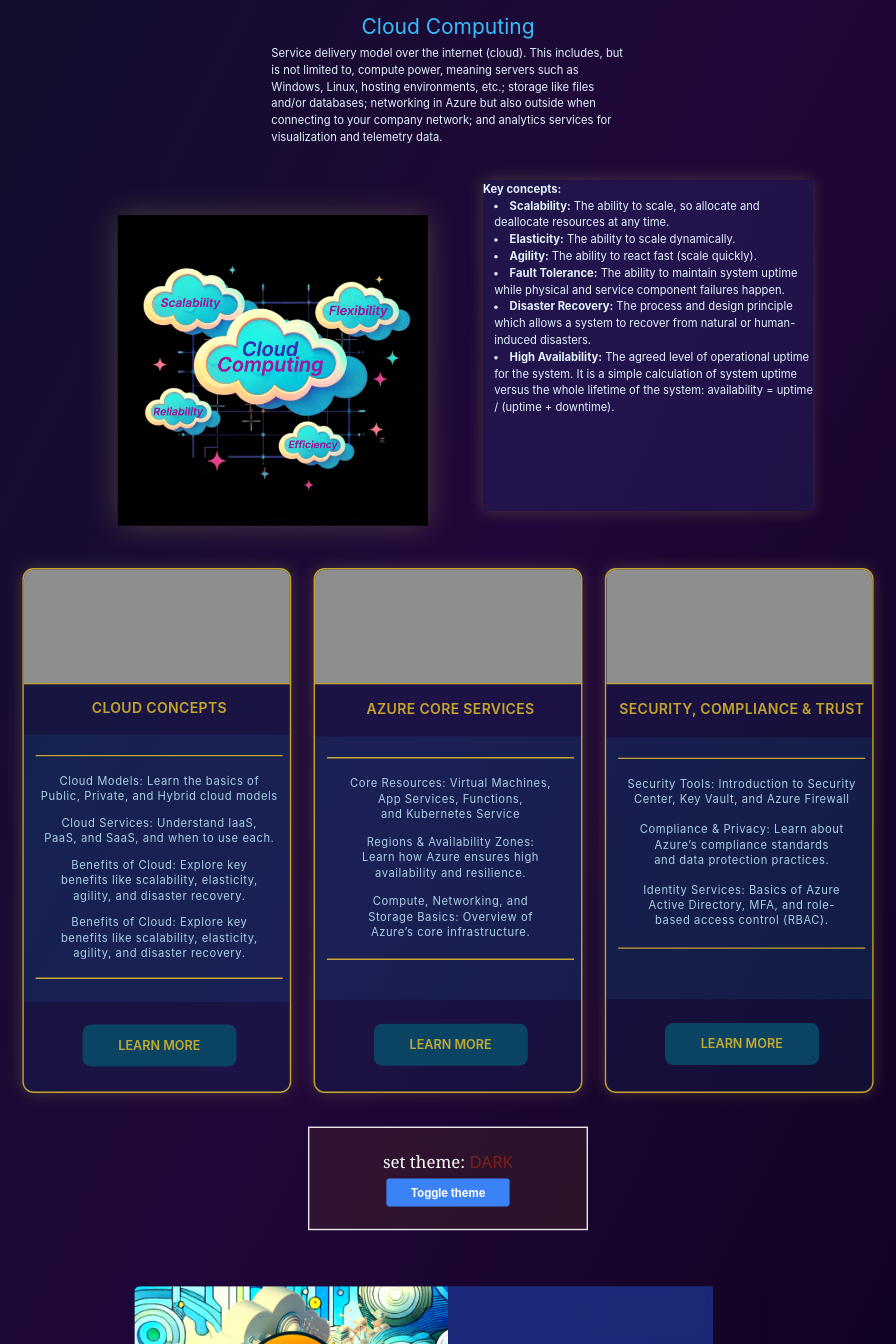
Repository: Freezler/az-900_svelte5
Page: /
These files come from the project's save history. The page is drawn as it stood at one moment and after the next save; the edit follows.
The browser window is 1280 px wide. The pictures show the part of the page from y = 348 to 2268 px (the page is 2638 px tall before and 2706 px after), at 70% of full size.
Pictures or frames that could not be fetched are drawn as grey boxes. The project was rebuilt for these pictures with package versions that can differ from the ones it lists, and the page was loaded fresh each time. The framework's server and built-in components were replaced by stand-ins that run in the browser. Also part of the build but not shown: vite.config.ts.

Above is the page before, as saved 2024-11-10 10:45:05.

### src/app.html
<!doctype html>
<html lang="en">
	<head>
		<meta charset="utf-8" />
		<link rel="icon" href="%sveltekit.assets%/favicon.png" />
		<meta name="viewport" content="width=device-width, initial-scale=1" />
		%sveltekit.head%
	</head>
	<body data-sveltekit-preload-data="hover" >
		<div style="display: contents">%sveltekit.body%</div>
	</body>
</html>

### src/routes/+layout.svelte
<script lang="ts">
	import '../app.css';
	let { children } = $props();

</script>

<div class="bg-gradient-to-br from-[#0d0c28fc] via-[#1b0135f9] to-[#10021e] bg-cover bg-center bg-no-repeat ">{@render children()}</div>

### src/routes/+page.svelte
<script lang="ts">
	import ComputingArticle from '../components/ComputingArticle.svelte';

	import Toggle from '../components/Toggle.svelte';
	import Header from '../components/Header.svelte';
	import Popover from '../components/Menu.svelte';
	import Cards from '../components/Cards.svelte';
	import Login from '../components/Login.svelte';
</script>

<header class="">
	<Popover />
	<Header />
</header>
<main>
	<section>
		<ComputingArticle />
		<Cards />
	</section>
	<aside><Toggle /></aside>
	<footer><Login /></footer>
</main>

### src/app.css
@tailwind base;
@tailwind components;
@tailwind utilities;

:root {
  --text-color  : rgba(244, 205, 48, 0.888);
  --bg-color    : hsla(217, 87%, 3%, 0.298);
  --bg-color2   : hsla(299, 91%, 31%, 0.974);
  --bg-gradient : 135deg, rgba(237, 249, 10, .7) 0%, rgba(216, 204, 37, 0.7) 35%, rgba(0, 212, 255, 0.7) 100%;
  --bg-gradient2: 90deg, rgba(216, 204, 37, 0.5) 0%, rgba(0, 212, 255, 0.5) 70%;
}

* {
  margin     : 0;
  padding    : 0;
  box-sizing : border-box;
  user-select: none;
  /* outline : 1px dotted red; */
}

body {
  font-family: 'Inter', sans-serif;


}

### src/components/ComputingArticle.svelte
<div class="grid items-center justify-center gap-2 place-self-center text-sky-100 max-w-[50ch]  pt-12">
	<h2 class="text-3xl text-center text-sky-400">Cloud Computing</h2>
	<p>
		Service delivery model over the internet (cloud). This includes, but is not limited to, compute
		power, meaning servers such as Windows, Linux, hosting environments, etc.; storage like files
		and/or databases; networking in Azure but also outside when connecting to your company network;
		and analytics services for visualization and telemetry data.
	</p>
</div>

<section class="grid items-center grid-cols-1 lg:grid-cols-2 justify-center place-items-center place-self-center place-content-center gap-0	z-10 text-start">
	<img
		src="../public/images/cloud.png"
		alt="cloudSolutions"
		loading="lazy"

		class=" text-sky-100 drop-shadow-[0_0px_22px_rgba(255,255,99,0.2)] w-[572px] place-self-center"
	/>
	<article
		class=" bg-blue-500/10  text-sky-100 w-[472px] h-[472px] prounded-xl shadow-[0_0px_22px_rgba(255,255,99,0.2)]"
	>
		<p><strong>Key concepts:</strong></p>
		<ul class="list-inside list-disc pl-4">
			<li>
				<strong>Scalability:</strong> The ability to scale, so allocate and deallocate resources at any
				time.
			</li>
			<li><strong>Elasticity:</strong> The ability to scale dynamically.</li>
			<li><strong>Agility:</strong> The ability to react fast (scale quickly).</li>
			<li>
				<strong>Fault Tolerance:</strong> The ability to maintain system uptime while physical and service
				component failures happen.
			</li>
			<li>
				<strong>Disaster Recovery:</strong> The process and design principle which allows a system to
				recover from natural or human-induced disasters.
			</li>
			<li>
				<strong>High Availability:</strong> The agreed level of operational uptime for the system. It
				is a simple calculation of system uptime versus the whole lifetime of the system: availability
				= uptime / (uptime + downtime).
			</li>
		</ul>
	</article>
</section>

### src/components/Toggle.svelte
<script lang="ts">

	let name = $state('Randy');
	let status: 'DARK' | 'LIGHT' = $state('DARK');
	let full_name = $derived(name + ' ' + 'de vries');

	function toggle() {
		status = status === 'DARK' ? 'LIGHT' : 'DARK';
	}

	function onclick() {
		status = status === 'DARK' ? 'LIGHT' : 'DARK';
		window.document.body.classList.toggle('dark-mode')
	}
</script>

<div class="max-w-[400px] mx-auto grid place-items-center items-center justify-center gap-2 border-2 p-4  py-8 my-4 bg-yellow-600/10">
		<p class="text-2xl font-serif text-white ">
			set theme: <span class="font-sans {status === 'LIGHT' ? 'text-gray-200' : 'text-red-900'}">{status}</span>
		</p>

		<!-- <button on:click={toggle}>toggle status</button> -->
		<button
			class=" w-[176px] rounded bg-blue-500 px-4 py-2 font-bold text-white hover:bg-blue-700 active:scale-[.98]"
			type="button"
			onclick={toggle}>Toggle theme</button
		>
	</div>

### src/components/Header.svelte
<script lang="ts">
	// Declare props
	let { name = 'AZ-900' } = $props();

	// Local state for the surname
	let surname = $state('Fundamentals');

	// Derived state for the full name
	let full_name = $derived(`${name} ${surname}`);
</script>

<div
	class="max-w-[100svw] z-100 mx-auto grid h-80 place-content-center place-items-center items-center justify-center bg-[url('/public/images/headImage.png')] bg-cover bg-top"
>
	<div class="grid backdrop-blur-[2px] px-4 rounded-lg backdrop-brightness-[.50] pb-4">
		<h1
			class="shadow-[rgba(7, 25, 224, 0.9)] drop bg-clip-text text-center text-[clamp(1rem,5vw,2.5rem)] font-bold text-transparent bg-gradient-to-tr from-blue-400 via-blue-300 to-blue-700  drop-shadow-[-2px_2px_2px_rgba(137, 25, 224, 0.9)]"
		>
			Microsoft Azure <span
				class="bg-gradient-to-tr from-yellow-300 via-yellow-300 to-yellow-200 bg-clip-text text-[clamp(2.8rem,5vw,8.5rem)] font-bold text-transparent drop-shadow-[2px_4px_2px_rgba(36,50,100,0.9)]"
				>{name}</span
			>
		</h1>
		<h3
			class="bg-clip-text text-6xl text-center text-[clamp(1rem,5vw,3.5rem)] font-[700] font-[montserrat] bg-gradient-to-r from-[hsl(192,88%,51%)] via-[--hsl(192,88%,71%)] to-[--text-color]  pb- text-transparent drop-shadow-[2px_4px_32px_rgba(6,100,150,0.9)] backdrop-brightness-[.90] "
		>
			{surname}
		</h3>
	</div>
</div>

### src/components/Menu.svelte
<script lang="ts">
	import { cubicInOut } from 'svelte/easing';
	import { fly } from 'svelte/transition';
	let showMenu: boolean = $state(false);


</script>

	<!-- Your existing code -->

<img
	src="/public/images/Design 2.png"
	alt="Ran form Logo"
	class="fixed left-[16px] top-[16px] w-[64px] rounded-full z-[200]"
/>
<button
	onclick={() => (showMenu = !showMenu)}
	class="fixed right-[20px] top-[20px] flex  h-[58px] w-[58px] items-center justify-center rounded-full bg-blue-600/20 backdrop-blur text-white border-2 border-blue-900"
>
	<svg
		xmlns="http://www.w3.org/2000/svg"
		class="h-8 w-8"
		fill="none"
		viewBox="0 0 24 24"
		stroke="currentColor"
	>
		{#if showMenu}
			<path
				stroke-linecap="round"
				stroke-linejoin="round"
				stroke-width="2"
				d="M6 18L18 6M6 6l12 12"
			/>
		{:else}
			<path
				stroke-linecap="round"
				stroke-linejoin="round"
				stroke-width="2"
				d="M4 6h16M4 12h16M4 18h16"
			/>
		{/if}
	</svg>
</button>

{#if showMenu}
	<ul
		class="items-center justify-center fixed bottom-0 right-0 z-100 grid h-[50vh] w-[100vw] border-t border-blue-900 place-content-center bg-blue-600/20 backdrop-blur text-white uppercase text-center text-xl z-[200]"
		transition:fly={{ y: 100, duration: 420, easing: cubicInOut }}
	>
		<li class="px-2 py-4 w-[80vw] underline underline-offset-4 transition-colors ease-linear duration-400 hover:bg-blue-600/20 rounded-t-lg  bg-blue-200/30">
			<a href="/">Home</a>
		</li>
		<li class=" px-2 py-4 transition-colors hover:underline underline-offset-4  ease-linear duration-400 hover:bg-blue-600/20  bg-blue-200/30">
			<a href="/concepts">Concepts</a>
		</li>
		<li class=" px-2 py-4 transition-colors hover:underline underline-offset-4 ease-linear duration-400 hover:bg-blue-600/20  bg-blue-200/30">
			<a href="/security">Security</a>
		</li>
		<li class="px-2 py-4 transition-colors  hover:underline underline-offset-4 ease-linear duration-400 hover:bg-blue-600/20 rounded-b-lg  bg-blue-200/30">
			<a href="/services">Services</a>
		</li>
	</ul>
{/if}

### src/components/Cards.svelte
<script>
	import { goto } from '$app/navigation';
	// Define your plans as an array of objects
	const concepts = [
		{
			url: 'concepts',
			image:
				'https://learn.microsoft.com/training/achievements/microsoft-azure-fundamentals-describe-cloud-concepts-social.png',
			name: 'Cloud Concepts',
			features: [
				'Cloud Models: Learn the basics of Public, Private, and Hybrid cloud models',
				'Cloud Services: Understand IaaS, PaaS, and SaaS, and when to use each.',
				'Benefits of Cloud: Explore key benefits like scalability, elasticity, agility, and disaster recovery.',
				'Benefits of Cloud: Explore key benefits like scalability, elasticity, agility, and disaster recovery.'

			]
		},
		{
			url: 'services',
			image:
				'https://images.unsplash.com/photo-1667372459510-55b5e2087cd0?q=80&w=1932&auto=format&fit=crop&ixlib=rb-4.0.3&ixid=M3wxMjA3fDB8MHxwaG90by1wYWdlfHx8fGVufDB8fHx8fA%3D%3D',
			name: 'Azure Core Services',
			features: [
				'Core Resources: Virtual Machines, App Services, Functions, and Kubernetes Service',
				'Regions & Availability Zones: Learn how Azure ensures high availability and resilience.',
				'Compute, Networking, and Storage Basics: Overview of Azure’s core infrastructure.'
			]
		},
		{
			url: 'security',
			image:
				'https://plus.unsplash.com/premium_photo-1700830452756-1a3f4314e564?q=80&w=1674&auto=format&fit=crop&ixlib=rb-4.0.3&ixid=M3wxMjA3fDB8MHxwaG90by1wYWdlfHx8fGVufDB8fHx8fA%3D%3D',
			name: 'Security, Compliance & Trust',
			features: [
				'Security Tools: Introduction to Security Center, Key Vault, and Azure Firewall',
				'Compliance & Privacy: Learn about Azure’s compliance standards and data protection practices.',
				'Identity Services: Basics of Azure Active Directory, MFA, and role-based access control (RBAC).'
			]
		}
	];
</script>

<section
	class="z-10 grid grid-rows-1 gap-8 py-8 md:grid-cols-2 md:gap-8 md:px-8 xl:grid-cols-3"
>
	{#each concepts as concept}
		<div
			class=" pt-1  grid grid-rows-[148px_64px_auto_auto] place-items-center overflow-hidden rounded-2xl border-2 border-[--text-color] bg-sky-600/10 pb-9 shadow-[0_0px_22px_rgba(255,255,99,0.2)] brightness-90 transition duration-700 hover:scale-[1.001] hover:border-[hsla(184,69%,60%,1)] hover:shadow-[2px_6px_12px_rgba(22,125,22,0.9)]"
		>
			<img
				src={concept.image}
				class=" z-10 h-[172px] pt-2  w-full border-b-2 border-[--text-color] object-cover object-center hover:border-[hsla(184,69%,60%,1)]"
				loading="lazy"
				alt="concept"
			/>
			<div class="row-span-2 grid grid-cols-subgrid place-items-center items-center justify-center">
				<h2 class="] mt-[28px] text-xl font-semibold uppercase tracking-wide text-[--text-color]">
					{concept.name}
				</h2>
			</div>

			<div
				class=" row-span-12 my-5 w-full grid grid-rows-subgrid place-items-start items-start gap-4 text-pretty border border-transparent bg-sky-500/10 px-4 pt-7 pb-6 text-center"
			>
				{#each concept.features as feature}
					<h3
						class="border-b-1 mx-auto  grid w-[35ch]  grid-rows-subgrid text-balance border-[--text-color] px-0 text-[14px] font-normal leading-snug tracking-wider text-sky-200 py-0 first:border-t-2 first:pt-6 last:pb-6 last:border-b-2 lg:text-[16px] border-s-fuchsia-400 ">
						{feature}
					</h3>
				{/each}
			</div>
			<button
				type="button"
				class="mx-auto mt-3 w-[220px] grid-cols-subgrid rounded-xl border-[2px_solid_var(--text-color)] bg-sky-900 px-8 py-4 text-base font-semibold uppercase text-[--text-color] transition duration-[420ms] hover:bg-sky-500 hover:text-white hover:shadow-[2px_2px_22px_rgb(65,183,255,0.9)] md:text-lg lg:text-lg"
				><a href="/{concept.url}">Learn more</a></button
			>
		</div>
	{/each}
</section>

### src/components/Login.svelte
<script>
	import { onMount } from 'svelte';
	let user = $state('Stranger');
	/**
	 * @param {any} response
	 */
	function googleLoginEndpoint(response) {
	  console.log('Google login successful:', response);
	}

	// onMount(() => {
	//   const script = document.createElement("script");
	//   script.src = "https://accounts.google.com/gsi/client";
	//   script.async = true;
	//   script.defer = true;
	//   document.head.appendChild(script);
	// });
</script>

<div class="relative flex min-h-[60vh] items-center justify-center py-16 ">
	<div class="flex w-full max-w-4xl flex-col overflow-hidden rounded-lg shadow-lg md:flex-row">
		<!-- Left side: Logo and Welcome message -->
		<div
			class="flex flex-col items-center justify-center bg-[url('/public/images/headImage.png')] bg-cover bg-center object-cover p-14 text-white md:w-1/2 "
		>
			<img
				src="/public/images/Design 2.png"
				alt="Ran form Logo"
				class="mb-4 h-40 w-40 rounded-full"
			/>
			<h2 class="text-2xl font-semibold p-2 rounded-xl bg-slate-600/50  ">Good Evening {user}!</h2>
			<p class="mt-2 text-center text-lg rounded-xl bg-slate-600/50  p-2 ">Log in to your account!</p>
		</div>

		<!-- Right side: Login Form -->
		<div
			class="flex flex-col items-center justify-center  h-[50vh] bg-blue-600/40 backdrop-blur pt-8 "
		>
			<!-- Google Login Button -->
			<div
				id="g_id_onload"
				data-client_id="YOUR_GOOGLE_CLIENT_ID"
				data-context="signin"
				data-callback="googleLoginEndpoint"
				data-close_on_tap_outside="false"
				data-prompt_parent_id="g_id_onload"
			></div>

			<button
				class="flex w-3/5 items-center justify-center space-x-2 rounded-full border border-gray-300 bg-white py-2 shadow-md hover:bg-gray-50 focus:outline-none"
			>
				<span class="fab fa-google text-gray-500"></span>
				<span class="text-gray-700">Continue with Google</span>
			</button>

			<!-- Divider -->
			<div class="my-4 flex w-full items-center">
				<hr class="flex-grow border-t border-gray-300" />
				<span class="px-3 text-gray-500">OR</span>
				<hr class="flex-grow border-t border-gray-300" />
			</div>

			<!-- Email Login Button -->
			<button
				class="flex w-3/5 items-center justify-center space-x-2 rounded-full border border-gray-300 bg-white py-2 shadow-md hover:bg-gray-50 focus:outline-none"
			>
				<span class="fa fa-user text-gray-500"></span>
				<span class="text-gray-700">Enter Email & Password</span>
			</button>

			<!-- Sign up and Terms Links -->
			<div class=" w-full text-center">
				<p class="text-sm text-red-300">
					Don't have an account? <a href="_blank" class="text-blue-600 hover:underline">Sign up</a>
				</p>
				<p class="mt-0 text-xs text-gray-500 w-[50ch]">
					By continuing, you agree to our <a href="_blank" target="_blank" class="hover:underline"
						>Terms of Service</a
					>
					and
					<a href="_blank" target="_blank" class="hover:underline">Privacy Policy</a>.
				</p>
			</div>
		</div>
	</div>
</div>

### tailwind.config.ts
import aspectRatio from '@tailwindcss/aspect-ratio';
import containerQueries from '@tailwindcss/container-queries';
import forms from '@tailwindcss/forms';
import typography from '@tailwindcss/typography';
// import type { Config } from 'tailwindcss';

export default {
	content: ['./src/**/*.{html,js,svelte,ts}'],


	theme: {
		extend: {
			animation: {



			},

			keyframes: {

			}

		}
	},

	plugins: [typography, forms, containerQueries, aspectRatio]
}

After the next save:
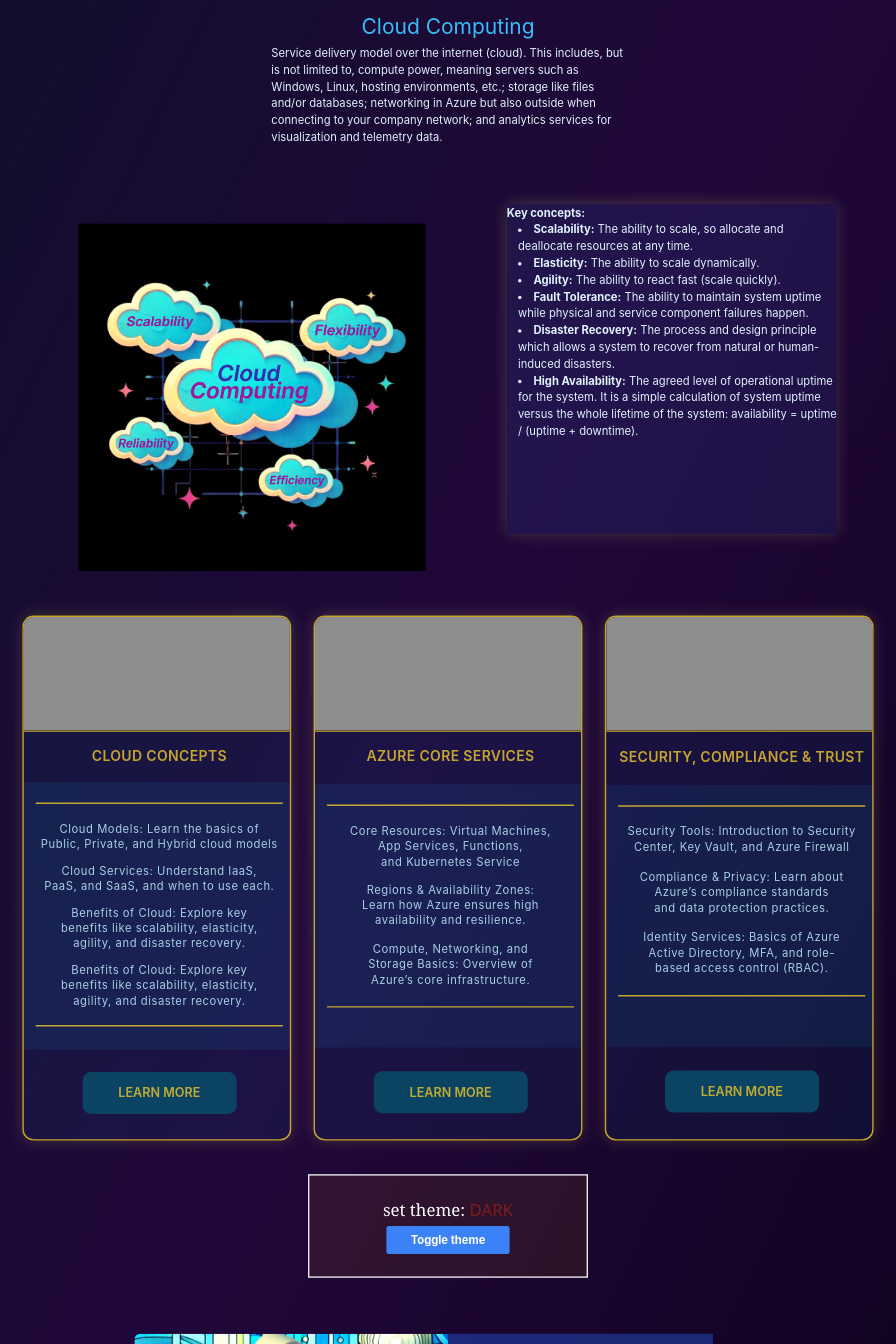
Saved 4 s later.
--- a/src/components/ComputingArticle.svelte
+++ b/src/components/ComputingArticle.svelte
@@ -14,7 +14,7 @@
 		alt="cloudSolutions"
 		loading="lazy"
 
-		class=" text-sky-100 drop-shadow-[0_0px_22px_rgba(255,255,99,0.2)] w-[572px] place-self-center"
+		class=" text-sky-100 "
 	/>
 	<article
 		class=" bg-blue-500/10  text-sky-100 w-[472px] h-[472px] prounded-xl shadow-[0_0px_22px_rgba(255,255,99,0.2)]"

After the 2 saves that followed:
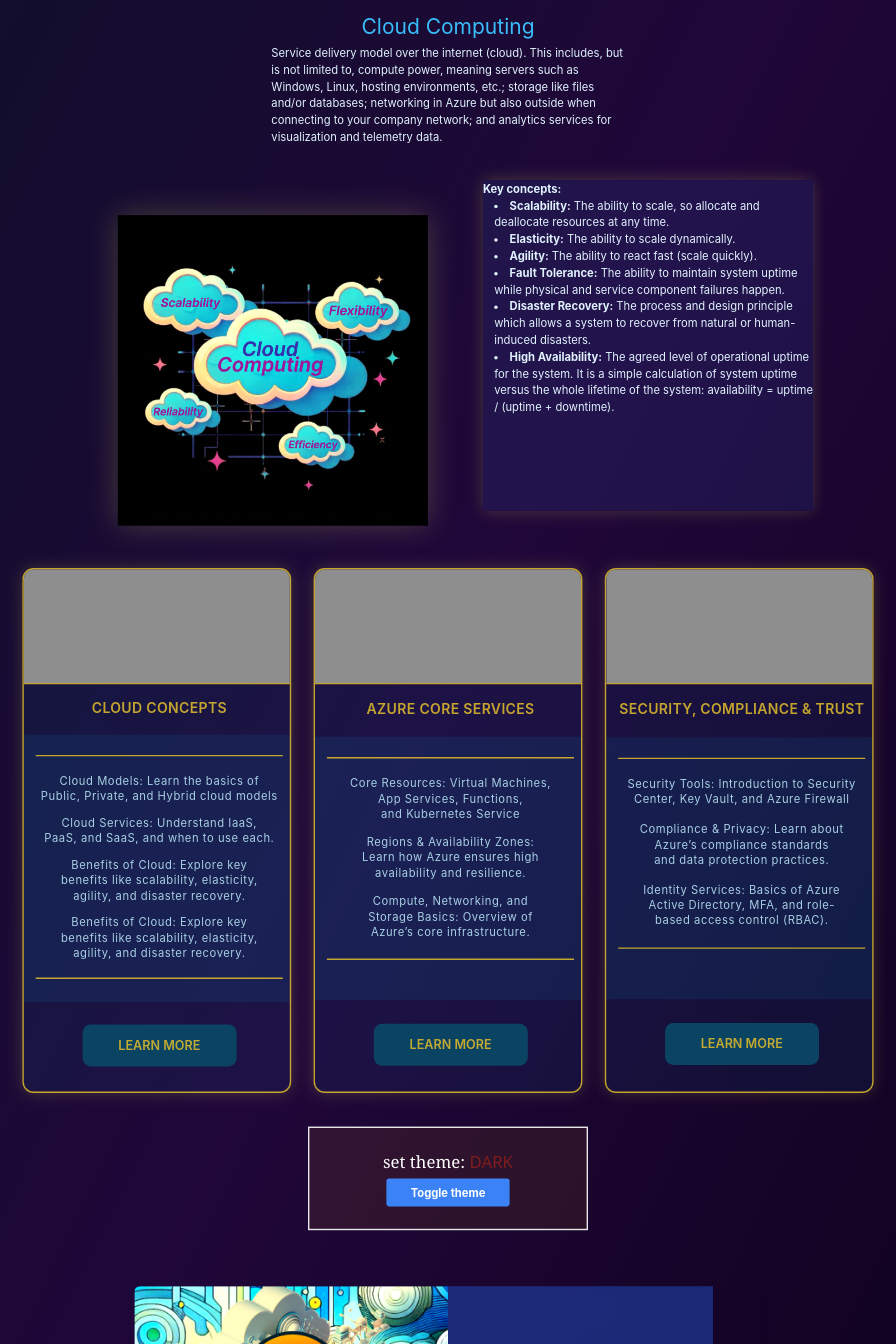
The 2 saves are shown as one change because they came seconds apart.
The last was saved 10 s later.
--- a/src/components/ComputingArticle.svelte
+++ b/src/components/ComputingArticle.svelte
@@ -14,7 +14,7 @@
 		alt="cloudSolutions"
 		loading="lazy"
 
-		class=" text-sky-100 "
+		class=" text-sky-100 drop-shadow-[0_0px_22px_rgba(255,255,99,0.2)] w-[572px] "
 	/>
 	<article
 		class=" bg-blue-500/10  text-sky-100 w-[472px] h-[472px] prounded-xl shadow-[0_0px_22px_rgba(255,255,99,0.2)]"
